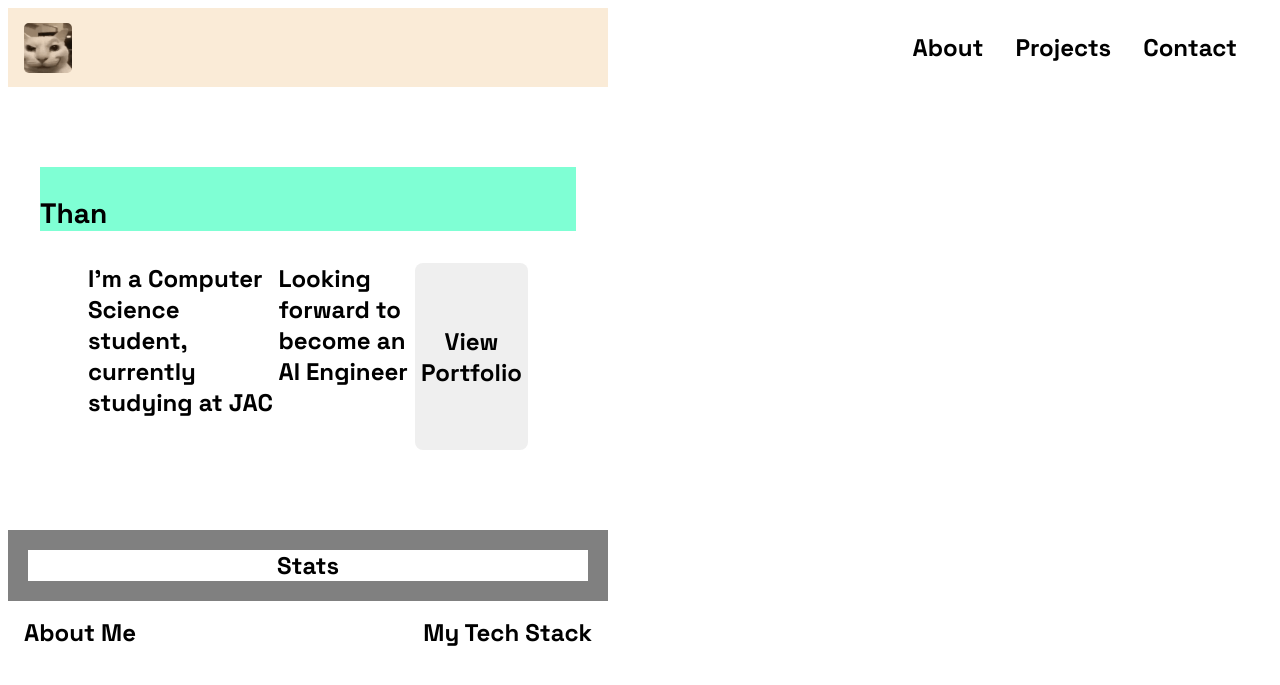
Repository: Than-dot/Than-dot
Page: index.html
The author's editor kept a copy of each file at every save. The page is drawn from the files as they stood at one save, then again after the next save.
The browser window is 1280 px wide. The pictures show the whole page.

Above is the page before, as saved 2026-05-06 12:22:45.

After the next save:
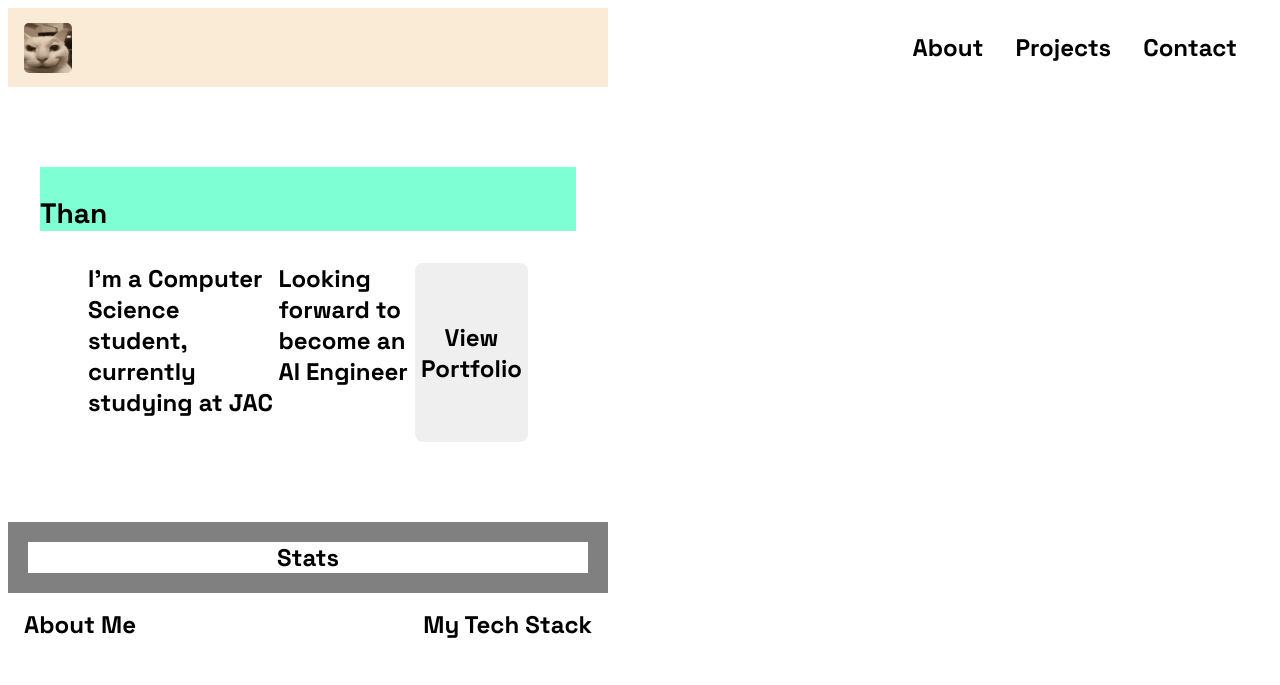
Saved 5 s later.
--- a/styles/index.css
+++ b/styles/index.css
@@ -25,7 +25,7 @@ header {
 
 p {
   margin: 0;
-  margin-bottom: 2rem;
+  margin-bottom: 1.5rem;
 }
 
 .stats {
